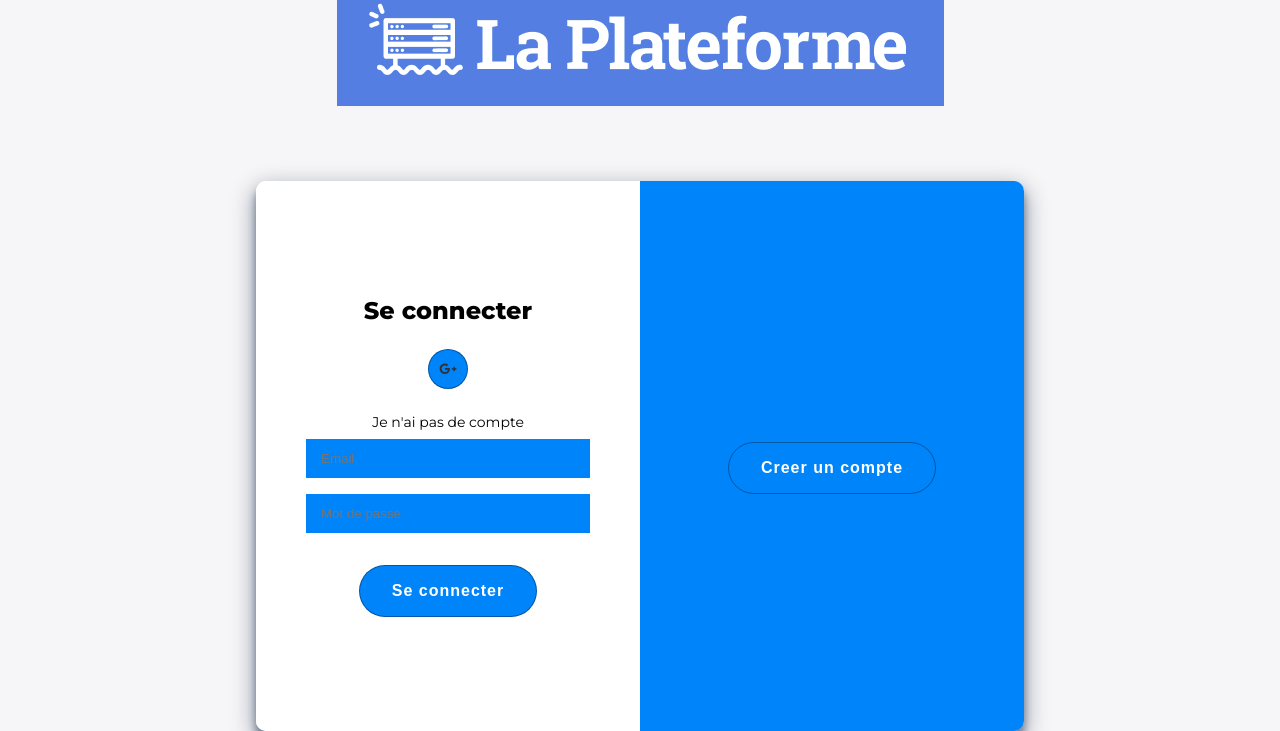
Repository: karim-sebih/runtrackJs
Page: bigjob/index.html
An editor plug-in stored every save of this project. The page is shown before and after the next save, followed by the edit.
The browser window is 1280 px wide. The pictures show the whole page.
Some web libraries are served in a nearby version.

Above is the page before, as saved 2025-03-21 08:47:03.

### bigjob/index.html
<!DOCTYPE html>
<html lang="fr">

<head>
	<meta charset="utf-8" />
	<title>formulaire</title>
	<link rel="stylesheet" href="./Css/index.css" />
	<link rel="stylesheet" href="https://cdnjs.cloudflare.com/ajax/libs/font-awesome/5.14.0/css/all.min.css" />
</head>

<body>
    <div class="logo" >

        <img src="/asset/logo-laplateforme-2024.png" alt="logo laplateforme">
    </div>
	<div class="container" id="container">
		<div class="form-container sign-up-container">
			<form action="#">
				<h1>Creer un compte</h1>
				<div class="social-container">

					<a href="#"><i class="fab fa-google-plus-g"></i></a>

				</div>
				<span>Utiliser compte gmail</span>
				<input type="text" placeholder="Nom">
				<input type="email" placeholder="Email">
				<input type="password" placeholder="Mot de passe">
                <input type="password" placeholder="Vérifié le mot de passe">
				<button>Creer le compte</button>
			</form>
		</div>
		<div class="form-container login-container">
			<form action="#">
				<h1>Se connecter</h1>
				<div class="social-container">

					<a href="#"><i class="fab fa-google-plus-g"></i></a>

				</div>
				<span>Je n'ai pas de compte</span>
				<input type="email" placeholder="Email">
				<input type="password" placeholder="Mot de passe">
				<button>Se connecter</button>
			</form>
		</div>

		<div class="overlay-container">
			<div class="overlay">
				<div class="overlay-panel overlay-left">

					<button class="ghost" id="login">Se connecter</button>
				</div>
				<div class="overlay-panel overlay-right">
					<button class="ghost" id="signUp">Creer un compte</button>
				</div>
			</div>
		</div>
	</div>

	<script src="/js/script.js" charset="utf-8"></script>
</body>

</html>

### bigjob/css/index.css
@import url('https://fonts.googleapis.com/css?family=Montserrat:400,800');

* {
	box-sizing: border-box;
	margin: 0;
	padding: 0;
}

body {
	background: #f6f5f7;
	display: flex;
	justify-content: center;
	align-items: center;
	flex-direction: column;
	font-family: 'Montserrat', sans-serif;
	height: 100vh;
}

.logo {
    display: flex;
    align-content: center;
    justify-content: center;
    margin-bottom:75px ;
}


.container{
	position: relative;
	overflow: hidden;
	min-height: 550px;
	width: 768px;
	max-width: 100%;
	background-color: #fff;
	border-radius: 10px;
	box-shadow: 0 8px 24px  rgba(0, 32, 63, .45),
		  0 8px 8px rgba(0, 32, 63, .45);
}

.form-container {
	position: absolute;
	top: 0;
	height: 100%;
	transition: .6s ease-in-out;
}

.sign-up-container {
	left: 0;
	width: 50%;
	opacity: 0;
	z-index: 1;
}

.container.panel-active .sign-up-container {
	transform: translateX(100%);
	opacity: 1;
	z-index: 5;
	animation: show .6s
}

@keyframes show {
	0%, 49.99% {
		opacity: 0;
		z-index: 1;
	}

	50%, 100% {
		opacity: 1;
		z-index: 5;
	}
}

.container.panel-active .login-container {
	transform: translateX(100%);
}

.login-container {
	left: 0;
	width: 50%;
	z-index: 2;
}

form {
	background-color: #fff;
	display: flex;
	align-items: center;
	justify-content: center;
	flex-direction: column;
	padding: 0 50px;
	height: 100%;
	text-align: center;
}

input {
	background-color: #0084FA;
    color: #fff;
	border: none;
	padding: 12px 15px;
	margin: 8px 0;
	width: 100%;
}

button.ghost {
	background-color: transparent;
}

button {
	background-color: #0084FA;
	color: #fff;
	border: 1px solid #0084FA;
	font-size: 16px;
	font-weight: bold;
	padding: 16px 32px;
	margin-top: 24px;
	letter-spacing: 1px;
	border-radius: 50px;
	border-color: rgba(0, 32, 63, .45);
	transition: .2s ease-in;
}

button:hover {
	cursor: pointer;
	background-color: #fff;
	color: #0084FA;
}

button:active {
	transform: scale(.95);
}

.social-container {
	margin: 24px 0;
}

.social-container a {
	display: inline-flex;
	justify-content: center;
	align-items: center;
	margin: 0 4px;
	height: 40px;
	width: 40px;
	border-radius: 50%;
	background-color: #0084FA;
	border: 1px solid rgba(0, 32, 63, .45);
}

h1 {
	margin: 0;
	font-size: 24px;
}

span {
	font-size: 14px;
}

a {
	text-decoration: none;
	font-size: 14px;
	margin: 8px 0 16px;
	color: #333;
}

.overlay-container {
	position: absolute;
	top: 0;
	left: 50%;
	width: 50%;
	height: 100%;
	overflow: hidden;
	z-index: 100;
	transition: transform .6s ease-in-out;
}

.container.panel-active .overlay-container {
	transform: translateX(-100%);
}

.overlay {
	background: linear-gradient(to right, #0084FA, #e7f0fd);
	background: #0084FA;
	color: #00203f;
	position: relative;
	left: -100%;
	height: 100%;
	width: 200%;
	transform: translateX(0);
	transition: transform .6s ease-in-out;
}

.container.panel-active .overlay {
	transform: translateX(50%);
}

.overlay-panel {
	position: absolute;
	display: flex;
	align-items: center;
	justify-content: center;
	flex-direction: column;
	padding: 0 40px;
	text-align: center;
	top: 0;
	height: 100%;
	width: 50%;
	transform: translateX(0);
	transition: transform .6s ease-in-out;
}

.overlay-left {
	transform: translateX(-20%);
}

.container.panel-active .overlay-left {
	transform: translateX(0);
}

.overlay-right {
	right: 0;
	transform: translateX(0);
}

.container.panel-active .overlay-right {
	transform: translateX(20%);
}

p {
	font-size: 14px;
	font-weight: 100;
	line-height: 20px;
	letter-spacing: .5px;
	margin: 20px 0 30px;
}

### bigjob/js/script.js
const container = document.getElementById('container');
const loginButton = document.getElementById('login');
const signUpButton = document.getElementById('signUp');

signUpButton.addEventListener('click', () => {
	container.classList.add('panel-active');
})

loginButton.addEventListener('click', () => {
	container.classList.remove('panel-active');
})

document.addEventListener('DOMContentLoaded', function () {
    const signUpForm = document.querySelector('.sign-up-container form');
    const emailInput = signUpForm.querySelector('input[type="email"]');
    const passwordInput = signUpForm.querySelector('input[type="password"]');
    const nameInput = signUpForm.querySelector('input[type="text"]');

    // Création des messages d'erreur
    const errorMessages = {
        email: "L'email doit être une adresse @laplateforme.io.",
        password: "Le mot de passe doit contenir au moins 8 caractères, une majuscule, une minuscule et un chiffre.",
        name: "Le nom ne peut pas être vide."
    };



    function showError(input, message) {
        let errorSpan = input.nextElementSibling;
        if (!errorSpan || !errorSpan.classList.contains('error-message')) {
            errorSpan = document.createElement('span');
            errorSpan.classList.add('error-message');
            input.parentNode.insertBefore(errorSpan, input.nextSibling);
        }
        errorSpan.textContent = message;
        input.classList.add('input-error');
    }

    function clearError(input) {
        let errorSpan = input.nextElementSibling;
        if (errorSpan && errorSpan.classList.contains('error-message')) {
            errorSpan.remove();
        }
        input.classList.remove('input-error');
    }

    function validateEmail(email) {
        return email.endsWith('@laplateforme.io');
    }

    function validatePassword(password) {
        const regex = /^(?=.*[a-z])(?=.*[A-Z])(?=.*\d).{8,}$/;
        return regex.test(password);
    }

    function validateName(name) {
        return name.trim() !== "";
    }

    signUpForm.addEventListener('submit', function (event) {
        event.preventDefault(); // Empêche l'envoi immédiat du formulaire

        let isValid = true;

        // Vérification du nom
        if (!validateName(nameInput.value)) {
            showError(nameInput, errorMessages.name);
            isValid = false;
        } else {
            clearError(nameInput);
        }

        // Vérification de l'email
        if (!validateEmail(emailInput.value)) {
            showError(emailInput, errorMessages.email);
            isValid = false;
        } else {
            clearError(emailInput);
        }

        // Vérification du mot de passe
        if (!validatePassword(passwordInput.value)) {
            showError(passwordInput, errorMessages.password);
            isValid = false;
        } else {
            clearError(passwordInput);
        }

        // Si tout est bon, on peut soumettre
        if (isValid) {
            alert("Compte créé avec succès !");
            signUpForm.reset();
        }
    });
});

After the next save:
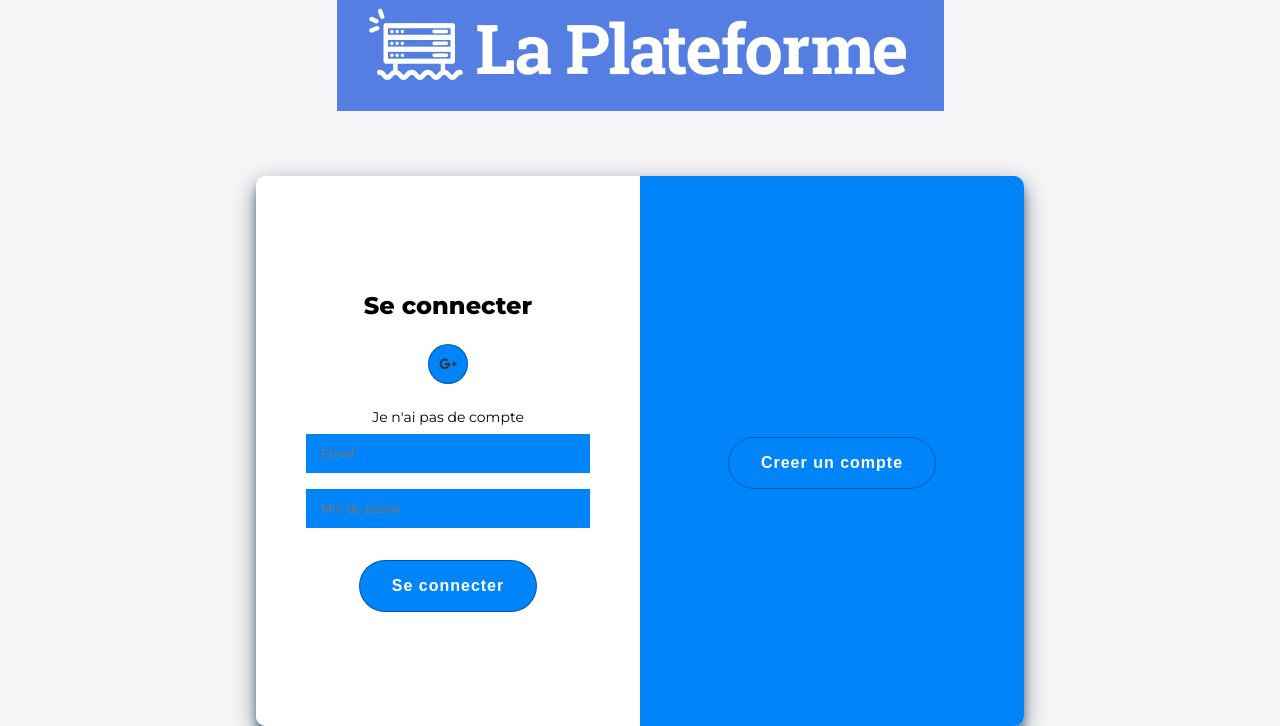
Saved 32 s later.
--- a/bigjob/css/index.css
+++ b/bigjob/css/index.css
@@ -20,7 +20,7 @@ body {
     display: flex;
     align-content: center;
     justify-content: center;
-    margin-bottom:75px ;
+    margin-bottom:65px ;
 }
 
 
